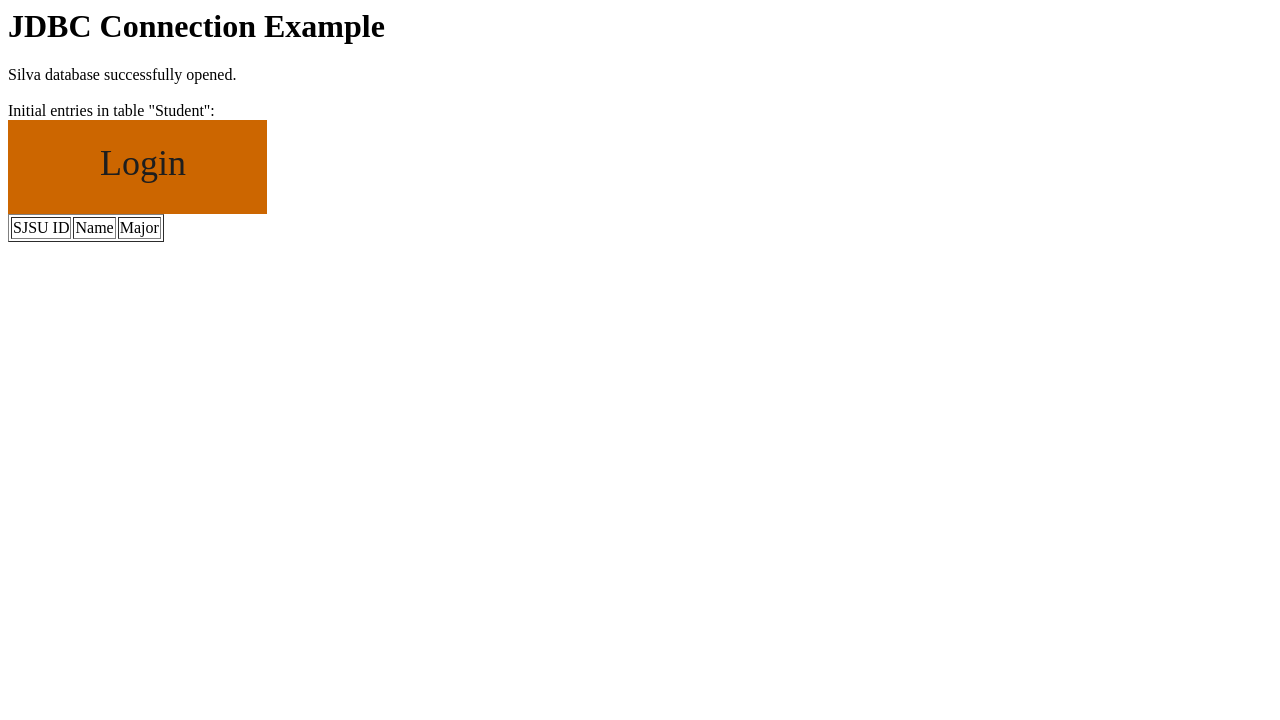
Repository: dannie-su-sjsu/CS157A-team6
Page: http://localhost/ToMovie/JDBCdemo.jsp
These files come from the project's save history. The page is drawn as it stood at one moment and after the next save; the edit follows.
The browser window is 1280 px wide. The pictures show the whole page.
The page is served by Tomcat 9. Other server files are loaded and not shown. Queries for data that is not in the repository find no rows.

Above is the page before, as saved 2023-07-11 07:55:27.

### ToMovie/src/main/webapp/JDBCdemo.jsp
<%@ page import="java.sql.*"%>
<style><%@include file="/WEB-INF/css/style.css"%></style>
<html>
  <head>
    <title>ToMovie Main Page</title>
    </head>
  <body>
    <h1>JDBC Connection Example</h1>

    <table border="1">
      <tr>
        <td>SJSU ID</td>
        <td>Name</td>
        <td>Major</td>
   </tr>
    <%
     String db = "Silva";
        String user; // assumes database name is the same as username
          user = "root";
        String password = "Halo4mlg!";
        try {

            java.sql.Connection con;
            Class.forName("com.mysql.jdbc.Driver");
            con = DriverManager.getConnection("jdbc:mysql://localhost:3306/Silva?autoReconnect=true&useSSL=false",user, password);
            out.println(db + " database successfully opened.<br/><br/>");

            out.println("Initial entries in table \"Student\": <br/>");
            Statement stmt = con.createStatement();
            ResultSet rs = stmt.executeQuery("SELECT * FROM Student");
            while (rs.next()) {
                out.println(rs.getInt(1) + "    " + rs.getString(2) + "    " + rs.getString(3) + "<br/><br/>");
            }
            rs.close();
            stmt.close();
            con.close();
        } catch(SQLException e) {
            out.println("SQLException caught: " + e.getMessage());
        }
    %>
  	<div class="Login" style="width: 259px; height: 94px; position: relative">
  	<div class="Rectangle1" style="width: 259px; height: 94px; left: 0px; top: 0px; position: absolute; background: #CC6600"></div>
  	<div class="Login" style="left: 92px; top: 22px; position: absolute; text-align: center; color: #1E1E1E; font-size: 36px; font-family: Jockey One; font-weight: 400; word-wrap: break-word">Login</div>
	</div>
  </body>
</html>

### ToMovie/src/main/webapp/WEB-INF/css/style.css
@charset "UTF-8";
.button-container {
  display: flex;
  color: #1E1E1E;
  text-align: center;
  font-size: 36px;
  font-family: Jockey One;
  font-weight: 400;
  word-wrap: break-word;
  width: 100%;
  height: 100%;
  background-color: #CC6600
}

After the next save:
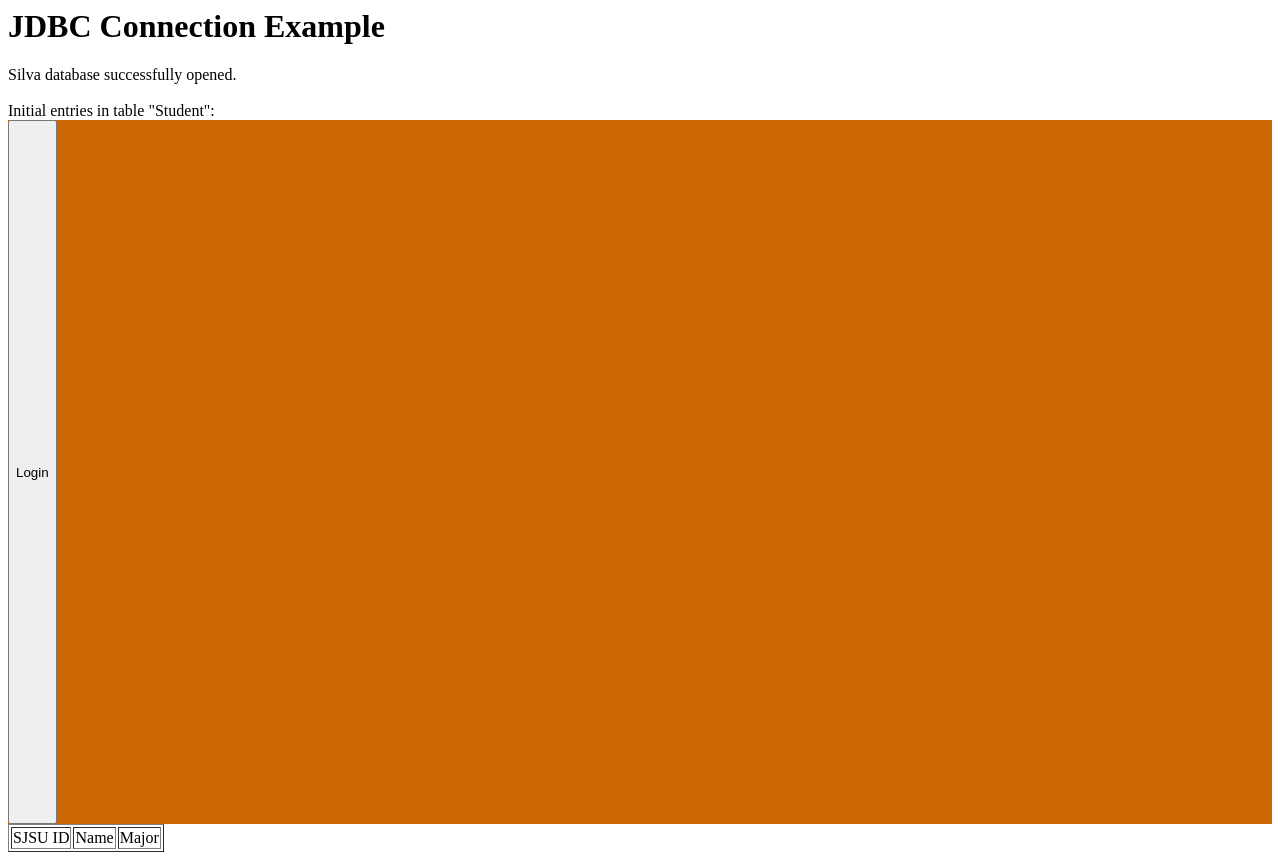
Saved 3 s later.
--- a/ToMovie/src/main/webapp/JDBCdemo.jsp
+++ b/ToMovie/src/main/webapp/JDBCdemo.jsp
@@ -6,7 +6,6 @@
     </head>
   <body>
     <h1>JDBC Connection Example</h1>
-
     <table border="1">
       <tr>
         <td>SJSU ID</td>
@@ -38,9 +37,8 @@
             out.println("SQLException caught: " + e.getMessage());
         }
     %>
-  	<div class="Login" style="width: 259px; height: 94px; position: relative">
-  	<div class="Rectangle1" style="width: 259px; height: 94px; left: 0px; top: 0px; position: absolute; background: #CC6600"></div>
-  	<div class="Login" style="left: 92px; top: 22px; position: absolute; text-align: center; color: #1E1E1E; font-size: 36px; font-family: Jockey One; font-weight: 400; word-wrap: break-word">Login</div>
-	</div>
+  <div class="button-container">
+  	<button>Login</button>
+  </div>
   </body>
 </html>
